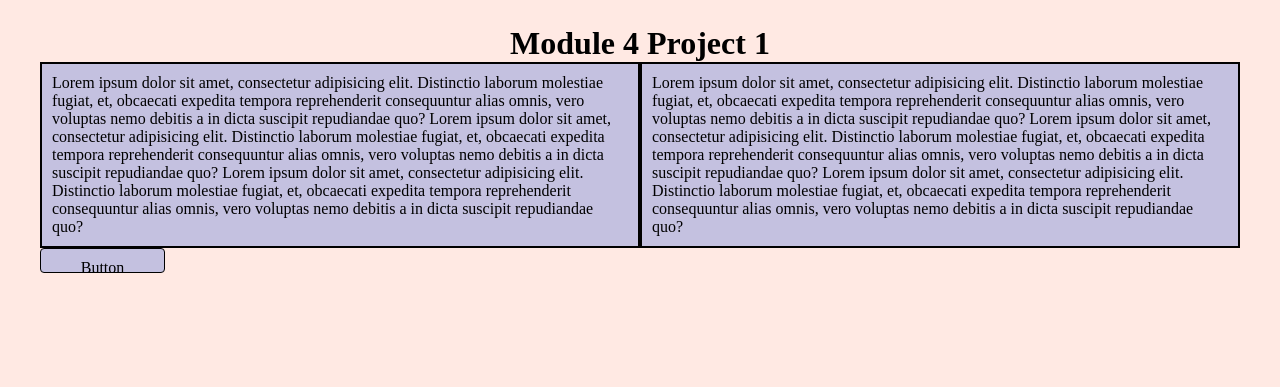
Repository: mlmEFSC21/P6-External-Style-Sheet
Page: index.html
These files come from the project's save history. The page is drawn as it stood at one moment and after the next save; the edit follows.
The browser window is 1280 px wide. The pictures show the whole page.

Above is the page before, as saved 2022-02-09 20:55:07.

After the next save:
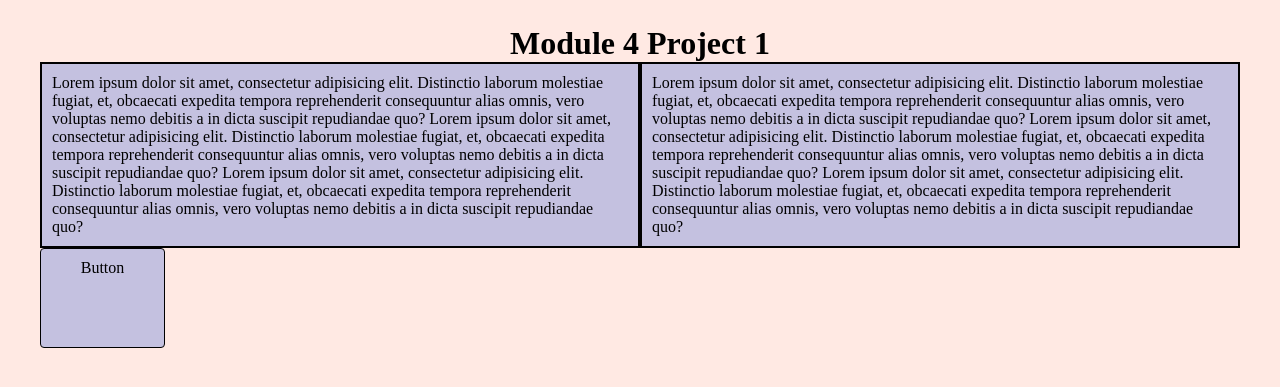
Saved 7 s later.
--- a/Styles.css
+++ b/Styles.css
@@ -40,7 +40,7 @@ p {
     border-radius: 4px;
     padding: 10px;
     width: 125px;
-    height: 25px;
+    height: 100px;
     background-color: var(--clr-buttonBG);
     color: var(--clr-button);
     text-align: center;
